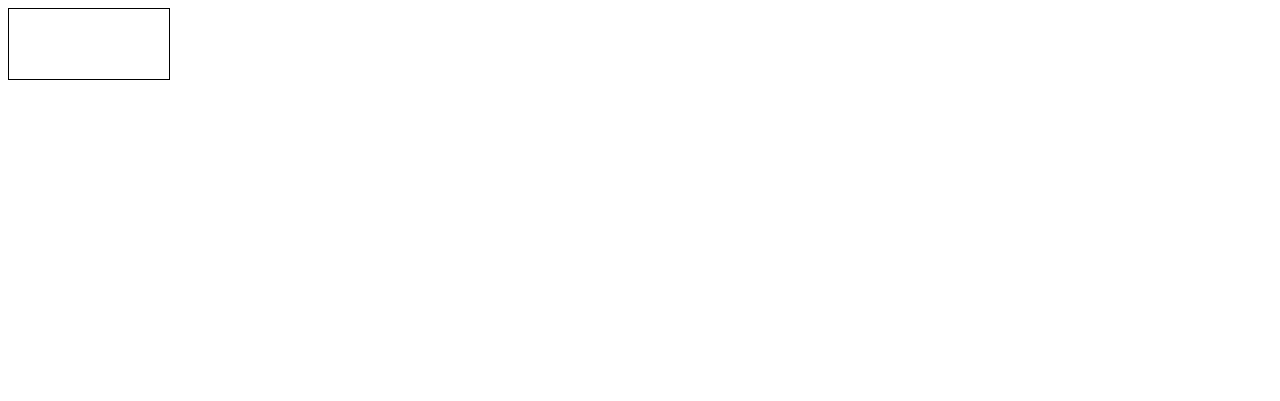
Repository: mydesignbuddy/IsoGame
Page: simpleGrid.html
The author's editor kept a record of every edit. The page is drawn from the files as they stood at one moment, then again after the next edit.
The browser window is 1280 px wide. The pictures show the whole page.

Above is the page before.
Console error: ReferenceError: col is not defined

After the next edit:
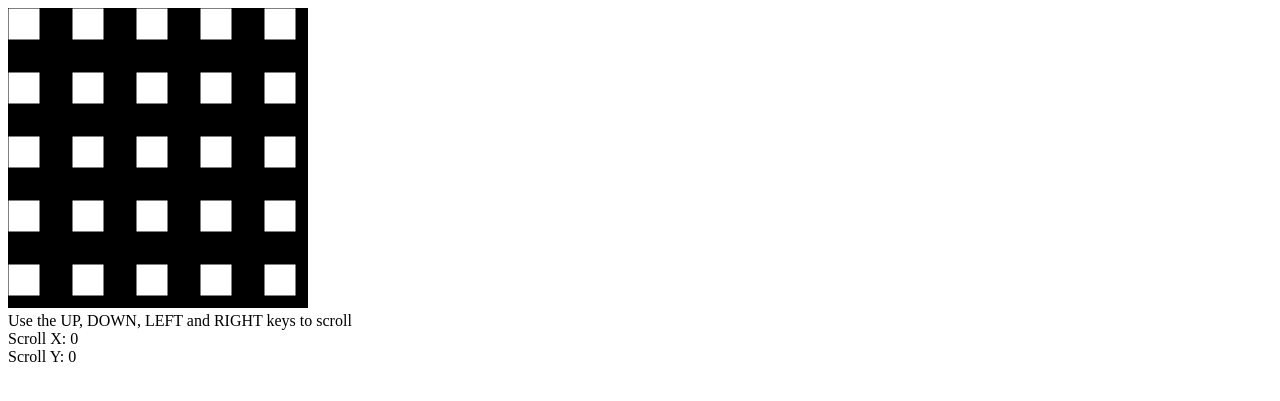
The error is gone.
The edit:
--- a/simpleGrid.html
+++ b/simpleGrid.html
@@ -5,27 +5,29 @@
     <title>Simple Grid</title>
 
     <script>
-    window.onload = function(){
+    window.onload = function () {
         var tileMap = [];
+
         var tile = {
-            width: 32,
-            height: 32
+          width: 32,
+          height: 32
         }
-        var grid = {
-            width: 2500,
-            height: 2500
-        };
+
+        var grid= {
+          width: 2500,
+          height: 2500
+        }
 
         var Keys = {
-            UP: 38,
-            DOWN: 40,
-            LEFT: 37,
-            RIGHT: 39
+          UP: 38,
+          DOWN: 40,
+          LEFT: 37,
+          RIGHT: 39
         }
 
         var scroll = {
-            x:0,
-            y:0
+          x: 0,
+          y: 0
         }
 
         var canvas = document.getElementById('myCanvas');
@@ -36,70 +38,78 @@
         initializeGrid();
         draw();
 
-        function handleKeyDown(e){
-            switch(e.keyCode){
-                case Keys.UP:
-                    scroll.y -= ((scroll.y - tile.height) >=0) ? tile.height : 0;
-                    break;
-                case Keys.DOWN:
-                    scroll.y += tile.height;
-                    break;
-                case Keys.LEFT:
-                    scroll.x -= ((scroll.x - tile.width) >=0) ? tile.width : 0;
-                    break;
-                case Keys.RIGHT:
-                    scroll.x += tile.width;
-                    break;
-            }
-            document.getElementById('scrollx').innerHTML = scroll.x;
-            document.getElementById('scrolly').innerHTML = scroll.y;
+        function handleKeyDown(e) {
+          switch (e.keyCode) {
+            case Keys.UP:
+              scroll.y -= ((scroll.y - tile.height) >= 0) ? tile.height : 0;
+              break;
+            case Keys.DOWN:
+              scroll.y += tile.height;
+              break;
+            case Keys.LEFT:
+              scroll.x -= ((scroll.x - tile.width) >= 0) ? tile.width : 0;
+              break;
+            case Keys.RIGHT:
+              scroll.x += tile.width;
+              break;
+          }
+
+          document.getElementById('scrollx').innerHTML = scroll.x;
+          document.getElementById('scrolly').innerHTML = scroll.y;
         }
 
-        function initializeGrid(){
-            for(var i = 0; i<grid.width; i++){
-                tileMap[i] = [];
-                for(var j = 0; j<grid.height; j++){
-                    if((i%2)==0 && (j%2)==0){
-                        tileMap[i][j] = 0;
-                    } else {
-                        tileMap[i][j] = 1;
-                    }
-                }
+        function initializeGrid() {
+          for (var i = 0; i < grid.width; i++) {
+            tileMap[i] = [];
+            for (var j = 0; j < grid.height; j++) {
+              if ((i % 2) == 0 && (j % 2) == 0) {
+                tileMap[i][j] = 0;
+              } else {
+                tileMap[i][j] = 1;
+              }
             }
+          }
         }
 
-        function draw(){
-            c.fillStyle = '#FFFFFF';
-            c.fillRect(0, 0, canvas.width, canvas.height);
-            c.fillStyle = '#000000';
+        function draw() {
+          c.fillStyle = '#FFFFFF';
+          c.fillRect (0, 0, canvas.width, canvas.height);
+          c.fillStyle = '#000000';
 
-            var startRow = Math.floor(scroll.x / tile.width);
-            var startCol = Math.floor(scroll.y / tile.height);
-            var rowCount = startRow + Math.floor(canvas.width / tile.width) + 1;
-            var colCount = startCol + Math.floor(canvas.height / tile.height) + 1;
+          var startRow = Math.floor(scroll.x / tile.width);
+          var startCol = Math.floor(scroll.y / tile.height);
+          var rowCount = startRow + Math.floor(canvas.width / tile.width) + 1;
+          var colCount = startCol + Math.floor(canvas.height / tile.height) + 1;
 
-            for(var row = startRow; row<rowCount; row++){
-                var tilePositionX = tile.width * row;
-                var tilePositionY = tile.height * col;
+          for (var row = startRow; row < rowCount; row++) {
+            for (var col = startCol; col < colCount; col++) {
+              var tilePositionX = tile.width * row;
+              var tilePositionY = tile.height * col;
 
-                tilePositionX -= scroll.x;
-                tilePositionY -= scroll.y;
+              tilePositionX -= scroll.x;
+              tilePositionY -= scroll.y;
 
-                if(tileMap[row][col]==0){
-                    c.strokeRect(tilePositionX, tilePositionY, tile.width, tile.height);
-                } else {
-                    c.fillRect(tilePositionX, tilePositionY, tile.width, tile.height);
-                }
+              if (tileMap[row][col] == 0) {
+          c.fillStyle = '#000000';
+                c.strokeRect(tilePositionX, tilePositionY, tile.width, tile.height);
+              } else {
+                c.fillRect(tilePositionX, tilePositionY, tile.width, tile.height);
+              }
             }
-            setTimeout(draw, 1);
+          }
+
+          setTimeout(draw, 1);
         }
-    }
+      }
     </script>
 
     </head>
   <body>
-    <canvas id="myCanvas" width="160" height="70" style="border: 1px solid black;">
-      Your browser doesn't include support for the canvas tag.
-    </canvas>
+    <canvas id="myCanvas" width="300" height="300"></canvas>
+    <br />
+    Use the UP, DOWN, LEFT and RIGHT keys to scroll
+    <br />
+    Scroll X: <span id="scrollx">0</span><br />
+    Scroll Y: <span id="scrolly">0</span>
   </body>
 </html>
